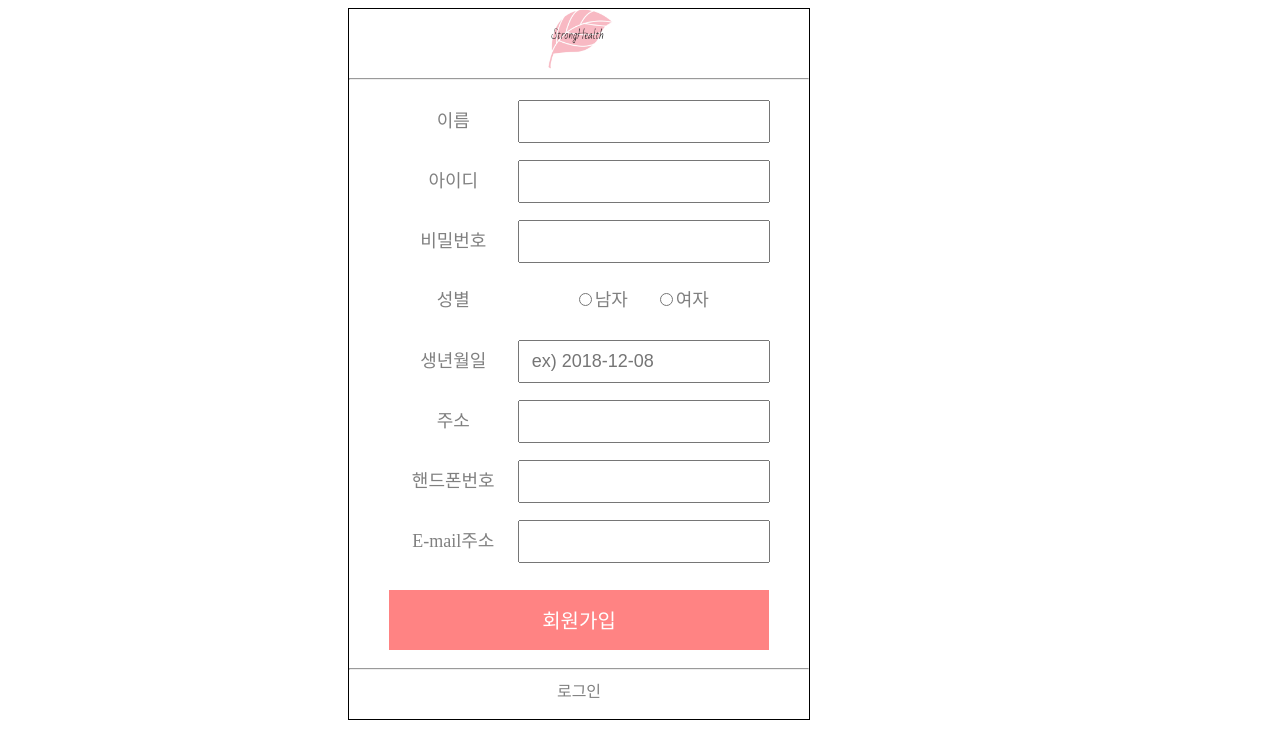
Repository: seeunOh/Webproject2018_StrongHealth
Page: http://localhost/StrongHealth/Join.jsp
The author's editor kept a copy of each file at every save. The page is drawn from the files as they stood at one save, then again after the next save.
The browser window is 1280 px wide. The pictures show the whole page.
The page is served by Tomcat 9. Other server files are loaded and not shown.

Above is the page before, as saved 2018-12-16 07:57:07.

### StrongHealth/WebContent/Join.jsp
<%@ page language="java" contentType="text/html; charset=EUC-KR"
    pageEncoding="EUC-KR"%>
<!DOCTYPE html>
<html>
<head>
<meta charset="EUC-KR">
<title>Insert title here</title>


	<style>

		#container{
			width: 460px;
			height: 710px;
		}
		#container img{
			width: 70px;
			margin-left: auto;
			margin-right: auto;
			display: block;

		}
		#name_area, #id_area, #password_area, #sex_area, #birth_area, #address_area, #phone_area, #email_area {
			border: px gray solid;
			margin: 20px 10px;
			height: 40px;
			font-size: 18px;
			color: gray;
		}
		#item {
			border: px violet solid;
			width: 120px;
			height: 40px;
			line-height: 40px;
			display: inline-block;
		}
		#in_name, #in_id, #in_password, #in_sex, #in_birth, #in_address, #in_phone, #in_email {
			border: px green solid;
			display: inline-block;
			width: 247px;
			height: 40px;
			line-height: 40px;
		}
		#in_sex {
			text-align: center;
		}
		#text {
			width: 244px;
			height: 37px;
			font-size: 18px;
		}
		#sub{
			text-align: center;
		}
		#login_button {
			text-decoration: none;
			color: gray;
		}
		#submit {
			background-color: #FF8383;
			color: white;
			font-size: 20px;
			height: 60px;
			border: 0px;
			width: 380px;
			margin: 10px 0;
		}

#canvas{
width:460px;
height:710px;
text-align:center;
margin:0px 0px 10px 340px;
border: 1px solid black;
float:left;
}


	</style>
</head>
<body>

<div id=canvas>
	<div id="container">

		<a href=""><img alt="log" src="img/logo.PNG"></a>
		<hr>
		<form action="Join_check.jsp" method="post">
		<div id="name_area">
			<div id="item">이름</div>
			<div id="in_name"><input id="text" type="text" name="name" required/></div>
		</div>
		<div id="id_area">
			<div id="item">아이디</div>
			<div id="in_id"><input id="text" type="text" name="id" required/></div>
		</div>
		<div id="password_area">
			<div id="item">비밀번호</div>
			<div id="in_password"><input id="text" type="password" name="password" required/></div>
		</div>
		<div id="sex_area">
			<div id="item">성별</div>
			<div id="in_sex">
				<label><input type="radio" value="남자" name="sex" required/>남자</label>&nbsp;&nbsp;&nbsp;&nbsp;&nbsp;
				<label><input type="radio" value="여자" name="sex" required/>여자</label>
			</div>
		</div>
		<div id="birth_area">
			<div id=item>생년월일</div>
			<div id=in_birth><input id="text" type="text" name="birth" required placeholder="  ex) 2018-12-08"></div>
		</div>
				<div id="address_area">
			<div id="item">주소</div>
			<div id="in_address"><input id="text" type="text" name="address" required/></div>
		</div>
		<div id="phone_area">
			<div id="item">핸드폰번호</div>
			<div id="in_phone"><input id="text" type="tel" name="phone" required/></div>
		</div>
		<div id="email_area">
			<div id="item">E-mail주소</div>
			<div id="in_email"><input id="text" type="email" name="email"/></div>
		</div>
		<input id="submit" type="submit" value="회원가입">
		</form>
	<hr>
		<div id="sub"><a id="login_button" href="Container.jsp?selected_page=login">로그인</a></div>
	</div>
	<script type="text/javascript">

	</script>
</div>

</body>
</html>

After the next save:
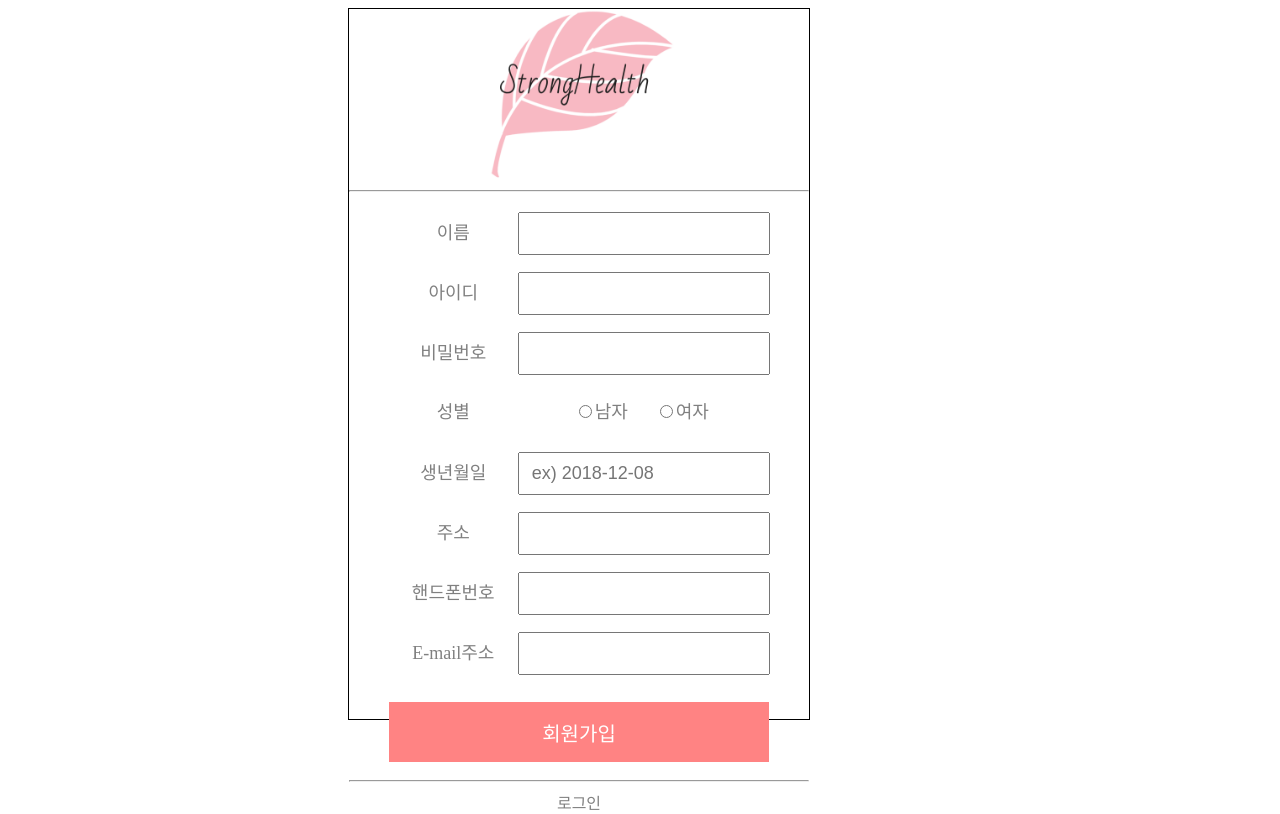
Saved 63 s later.
--- a/StrongHealth/WebContent/Join.jsp
+++ b/StrongHealth/WebContent/Join.jsp
@@ -14,7 +14,7 @@
 			height: 710px;
 		}
 		#container img{
-			width: 70px;
+			width: 200px;
 			margin-left: auto;
 			margin-right: auto;
 			display: block;
